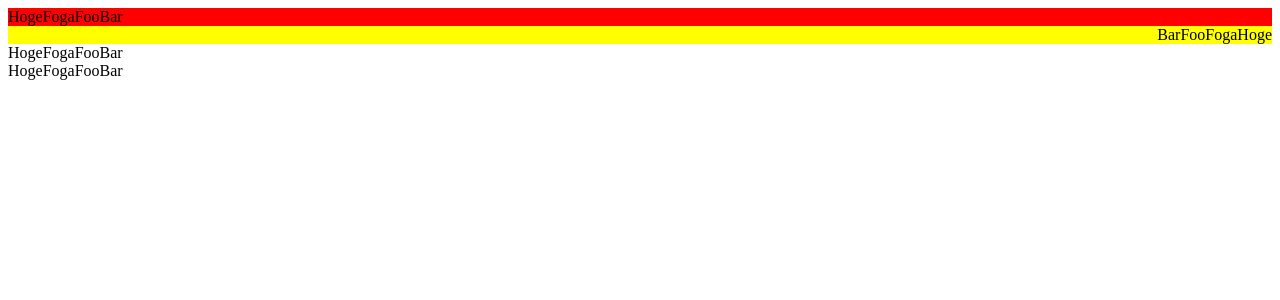
Repository: IkutoHiroki/samurai_HTML_CSS
Page: FlexboxSample1.html
The author's editor kept a record of every edit. The page is drawn from the files as they stood at one moment, then again after the next edit.
The browser window is 1280 px wide. The pictures show the whole page.

Above is the page before.

After the next edit:
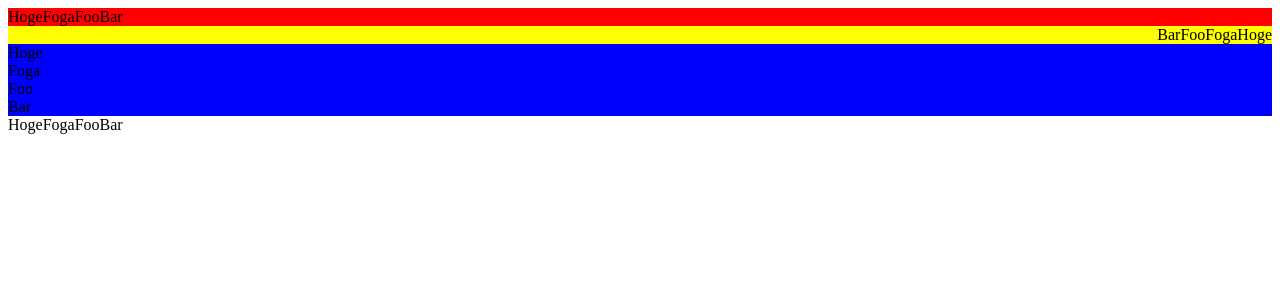
The edit:
--- a/FlexboxSample1.html
+++ b/FlexboxSample1.html
@@ -19,8 +19,8 @@
 
         #column{
             display:flex;
-            flex-direction:;
-            background-color:;
+            flex-direction:column;
+            background-color:blue;
         }
 
         #column-reverse{
